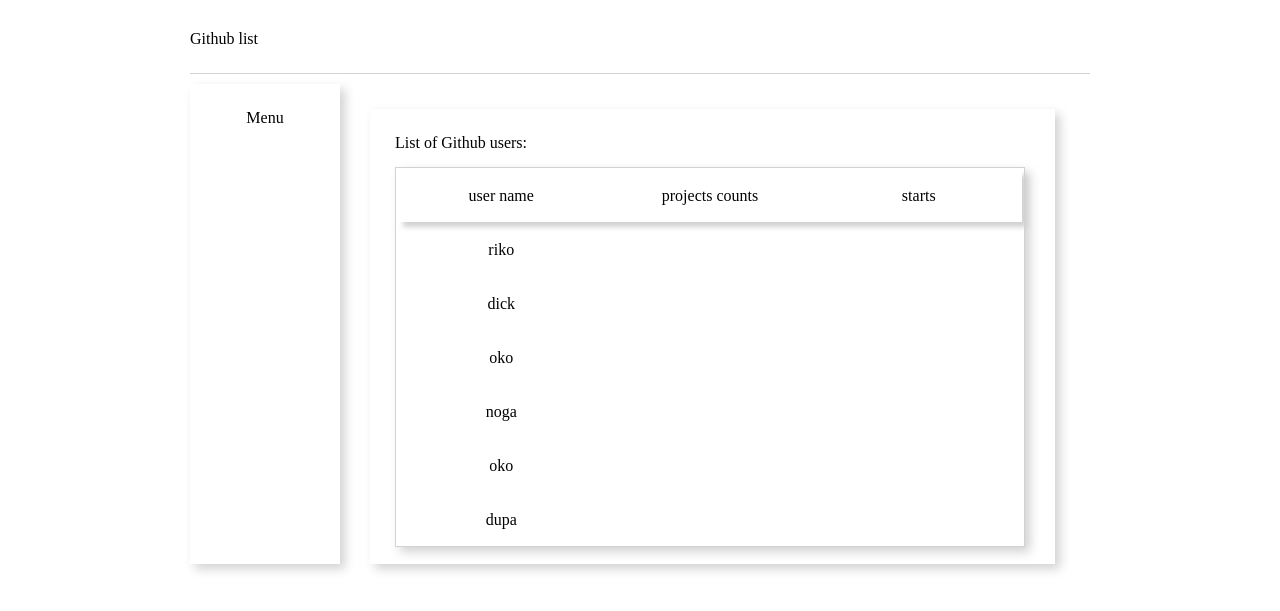
Repository: SzymonRoche/gitStars
Page: index.html
These files come from the project's save history. The page is drawn as it stood at one moment and after the next save; the edit follows.
The browser window is 1280 px wide. The pictures show the whole page.
The page's requests for data from a server got no answer.

Above is the page before, as saved 2020-02-16 14:28:58.

### index.html
<!DOCTYPE html>
<html lang="en">

<head>
  <meta charset="UTF-8">
  <meta name="viewport" content="width=device-width, initial-scale=1.0">
  <link rel="stylesheet" type="text/css" href="style.css">
  <link href="https://fonts.googleapis.com/css?family=Roboto" rel="stylesheet">
  <meta http-equiv="X-UA-Compatible" content="ie=edge">
  <title>Github List</title>
</head>

<body class="app">

  <div class="title"> Github list </div>
  <div class="aside"> Menu </div>
  <div class="content"> List of Github users:
    <table class="my-table">


        <TR class="firts"> <TD> user name </TD><TD> projects counts </TD><TD> starts </TD></TR>

        <!-- <TR> <TD> sa</TD><TD> ad</TD><TD> sd</TD></TR>
        <TR> <TD>ad </TD><TD> asd</TD><TD> asd</TD></TR>
        <TR> <TD>ad </TD><TD> asd</TD><TD> asd</TD></TR>
        <TR> <TD>ad </TD><TD> asd</TD><TD> asd</TD></TR>
        <TR> <TD>ad </TD><TD> asd</TD><TD> asd</TD></TR> -->


    </table>
  </div>

</body>
<script src="main.js" type="module"></script>
</html>

### style.css
.app{

    width: 900px;
    height: 500px;
    margin: 0 auto;
}


.title{
    margin-top: 30px;
    margin-bottom: 10px;
    padding-bottom: 25px;
    border-bottom: 1px solid  rgb(211, 210, 210);
}

.aside{
    display: block;
    width: 150px;
    height: 455px;
    padding-top: 25px;
    text-align: center;
    float:left;
    box-shadow: rgb(211, 210, 210) 5px 5px 10px;
}

.content{
    display: block;
    padding-top: 25px;
    padding-left: 25px;
    width: 660px;
    height: 430px;
    margin: 35px 20%;
    box-shadow: rgb(211, 210, 210) 5px 5px 10px;

}

.my-table{
    display: block;
    width: 630px;
    height: 380px;
    margin: 15px auto 0px 0;
    box-shadow: rgb(211, 210, 210) 5px 5px 10px;
    border: 1px solid rgb(211, 210, 210);

}

td{
    width: 210px;
    height: 50px;
    text-align: center;

}

.firts{
    box-shadow: rgb(211, 210, 210) 5px 5px 5px;
}

### main.js
import  usersNamesArray  from "./users.js";
import { createTabele } from "./tabele.js";

createTabele();
// ['yyx990803', 'toddmotto', 'johnpapa', 'angular', 'facebook', 'vuejs']
const cos  = [`dupa`, `oko`, `noga`, `oko`, `dick`,`riko`]
const repoUrl = `https://api.github.com/users/johnpapa`
const repoCounts = []

//wypisuje komórkę w tabelę przyjmując nazwę tablicy jako parametr funkcji
const itWtiteTabeleCells = (arrayName) => {
    let i = 0
        for(i=0; i<6; i++){
        const value = document.getElementById(`tr${i+1}`);
        const left = value.insertCell(-1);
            left.innerHTML = `${arrayName[i]}`;
    };
};

itWtiteTabeleCells(cos);

//tworzy zapytanie do githuba o ilość repo usera
const requestApi = async () => {
    const response = await fetch(repoUrl);
    const json = await response.json();
    const res = await json.public_repos;

    await repoCounts.unshift(res)
    await itWtiteTabeleCells(usersNamesArray)
}

requestApi();

### users.js
const userNames = () => {
    // All users that you need to display.
    return ['yyx990803', 'toddmotto', 'johnpapa', 'angular', 'facebook', 'vuejs']
};

let usersNamesArray = []

  usersNamesArray.unshift(...userNames())
  console.log(usersNamesArray)

export default usersNamesArray

### tabele.js
const createTabele = () => {

    let i = 0;
    for(i = 0; i<7; i++){

        const tab = document.querySelector(".my-table");
        const tabela = tab.insertRow(1);
        tabela.setAttribute("id", `tr${i}`);

        // const topLeft = tabela.insertCell(0);
        // const topMiddle = tabela.insertCell(1);
        // const TopRight = tabela.insertCell(2);

            // topLeft.innerHTML = ""
            // topMiddle.innerHTML = ""
            // TopRight.innerHTML = ""
}
    };

export { createTabele };

After the next save:
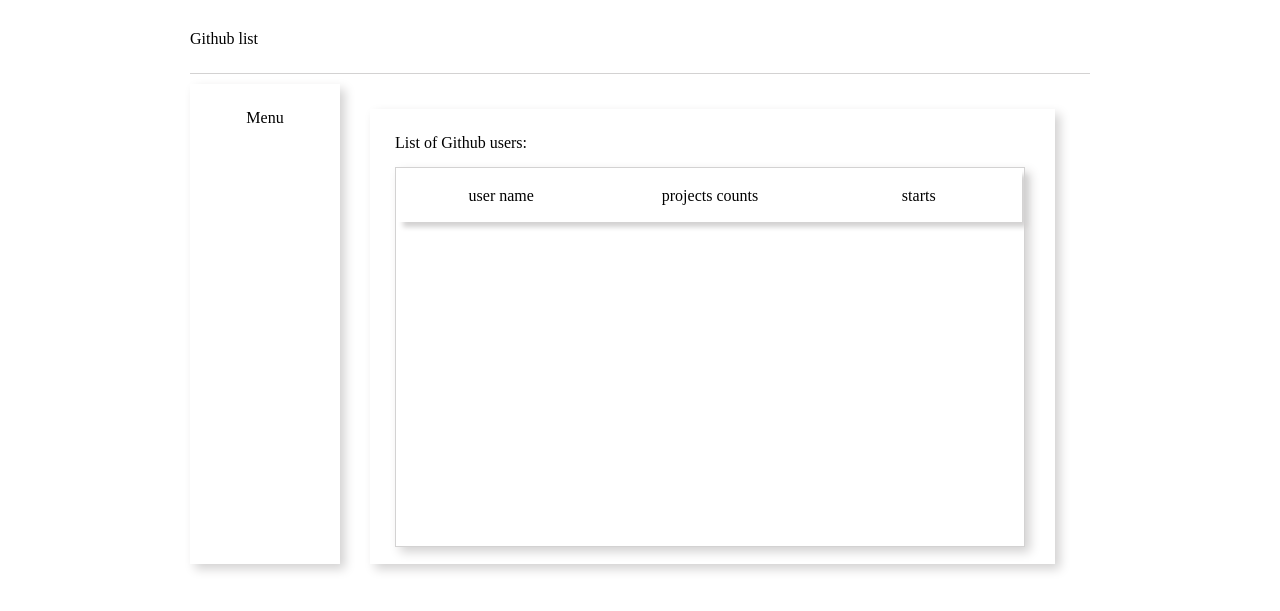
Saved 8 s later.
--- a/main.js
+++ b/main.js
@@ -17,7 +17,7 @@ const itWtiteTabeleCells = (arrayName) => {
     };
 };
 
-itWtiteTabeleCells(cos);
+
 
 //tworzy zapytanie do githuba o ilość repo usera
 const requestApi = async () => {
